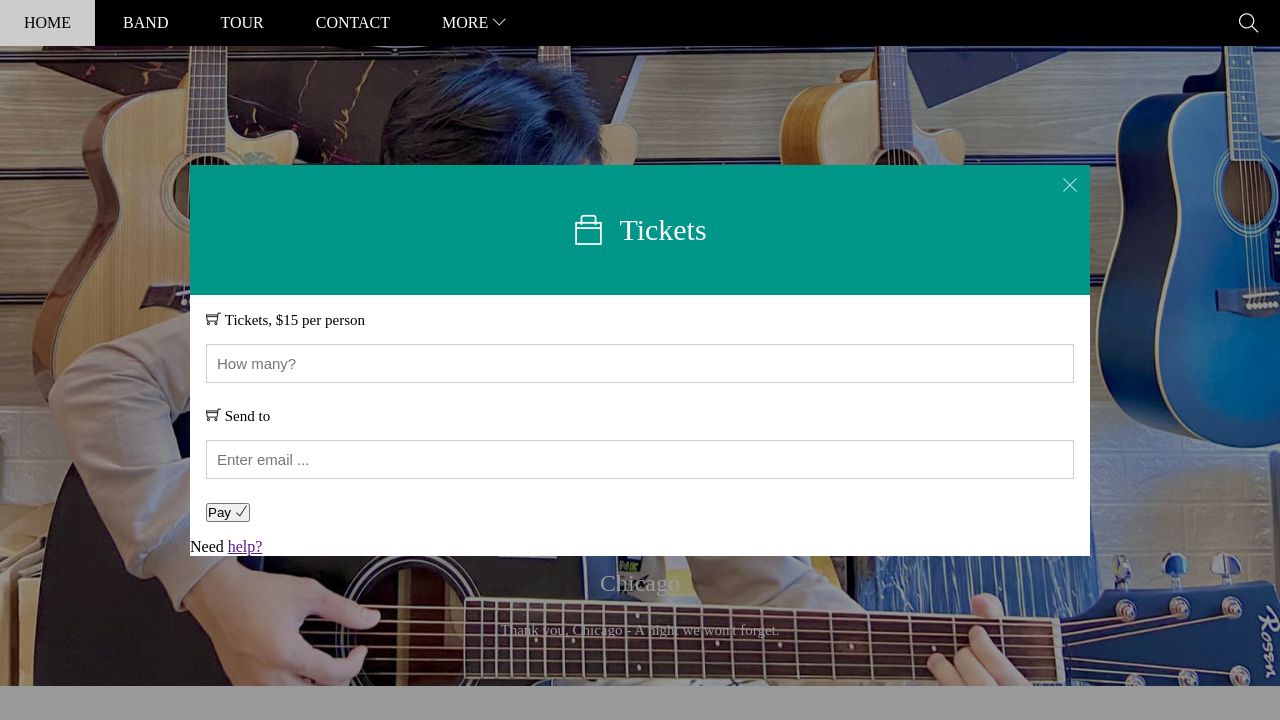
Repository: quochung2k3/Web-Team
Page: index.html
These files come from the project's save history. The page is drawn as it stood at one moment and after the next save; the edit follows.
The browser window is 1280 px wide. The pictures show the window.
A layer covers the whole window, so only the first screen is drawn.

Above is the page before, as saved 2023-08-14 19:46:12.

After the next save:
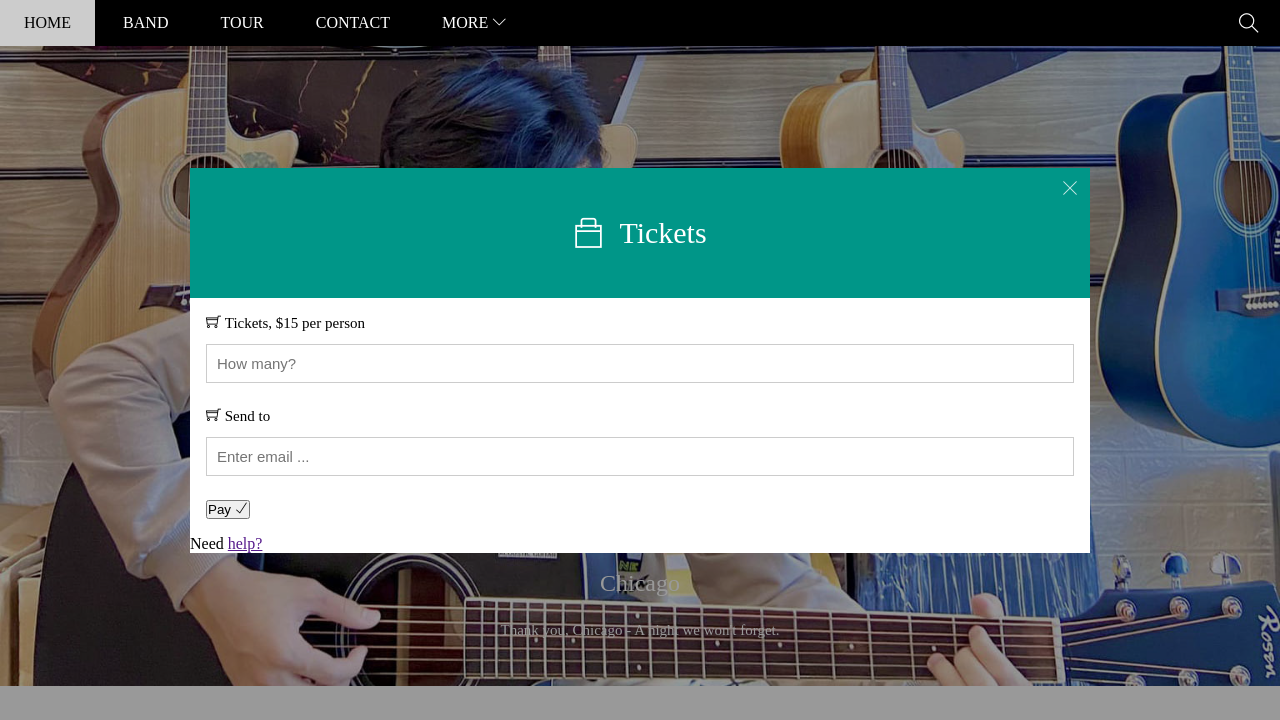
Saved 21 s later.
--- a/assets/css/style.css
+++ b/assets/css/style.css
@@ -337,7 +337,7 @@
 .modal-label {
     display: block;
     font-size: 15px;
-    margin-bottom: 15px;
+    margin-bottom: 12px;
 }
 
 .ti-shopping {
